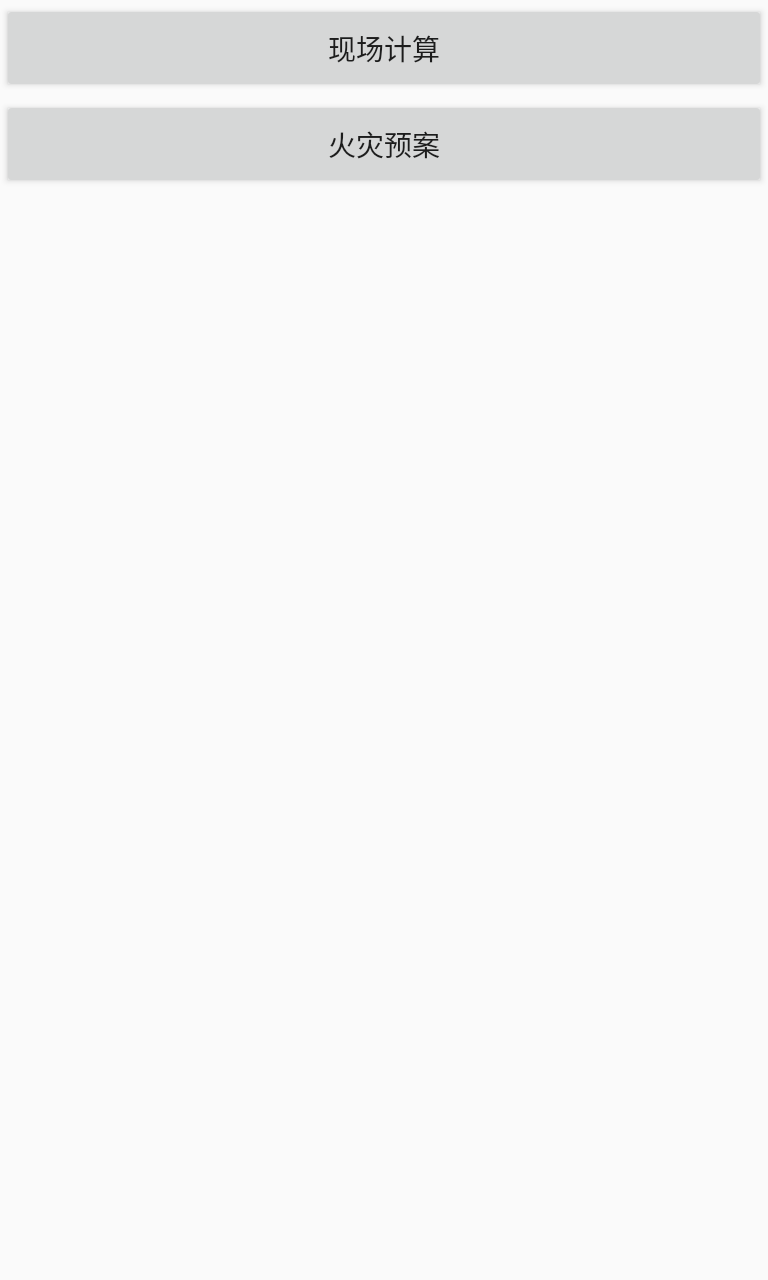
Repository: hohoTT/fireWork_handle_app
Layout: fireWork_handle_app/res/layout/activity_main.xml
These files come from the project's save history. The layout is drawn as it stood at one moment and after the next save; the edit follows.
It is drawn on a 768 x 1280 px phone screen (xhdpi) without system bars, with theme AppTheme; the app's code is not run.

Above is the layout before, as saved 2016-03-02 02:48:30.

### fireWork_handle_app/res/layout/activity_main.xml
<LinearLayout xmlns:android="http://schemas.android.com/apk/res/android"
    xmlns:tools="http://schemas.android.com/tools"
    android:layout_width="match_parent"
    android:layout_height="match_parent"
    android:orientation="vertical">

	<Button
	    android:id="@+id/btu_fire_calculate"
	    android:layout_width="match_parent"
	    android:layout_height="wrap_content"
	    android:gravity="center"
	    android:layout_gravity="center"
	    android:text="@string/btu_fire_calculate" />

	<Button
	    android:id="@+id/btu_fire_plan"
	    android:layout_width="match_parent"
	    android:layout_height="wrap_content"
	    android:gravity="center"
	    android:layout_gravity="center"
	    android:text="@string/btu_fire_plan" />


</LinearLayout>

### fireWork_handle_app/res/values/strings.xml
<?xml version="1.0" encoding="utf-8"?>
<resources>

    <string name="app_name">fireWork_handle_app</string>
    <string name="hello_world">Hello world!</string>
    <string name="action_settings">Settings</string>


    <string name="btu_fire_calculate">现场计算</string>
    <string name="btu_fire_plan">火灾预案</string>


</resources>

Loaded but not shown: fireWork_handle_app/res/values/styles.xml (common file); fireWork_handle_app/res/values-v11/styles.xml (common file); fireWork_handle_app/res/values-v14/styles.xml (common file)

After the next save:
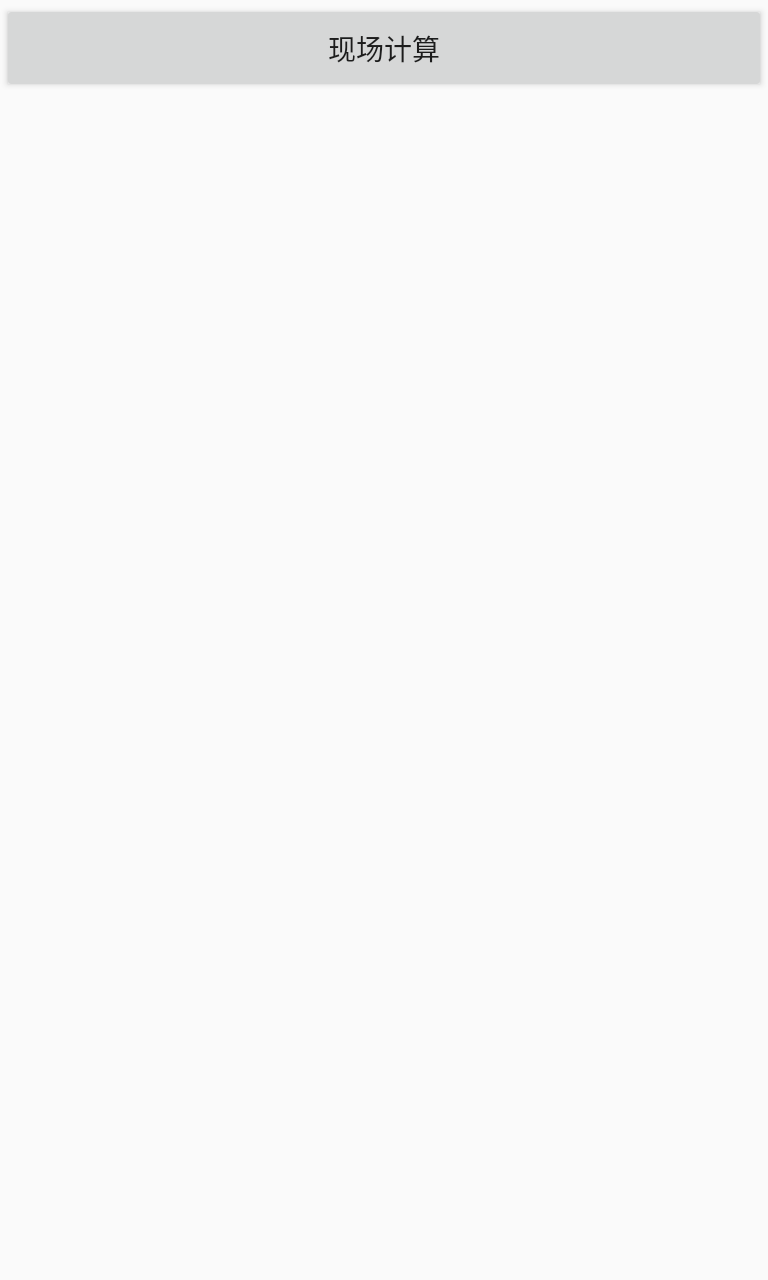
Saved 42 s later.
--- a/fireWork_handle_app/res/layout/activity_main.xml
+++ b/fireWork_handle_app/res/layout/activity_main.xml
@@ -12,13 +12,5 @@
 	    android:layout_gravity="center"
 	    android:text="@string/btu_fire_calculate" />
 
-	<Button
-	    android:id="@+id/btu_fire_plan"
-	    android:layout_width="match_parent"
-	    android:layout_height="wrap_content"
-	    android:gravity="center"
-	    android:layout_gravity="center"
-	    android:text="@string/btu_fire_plan" />
-
 
 </LinearLayout>

After the save that followed:
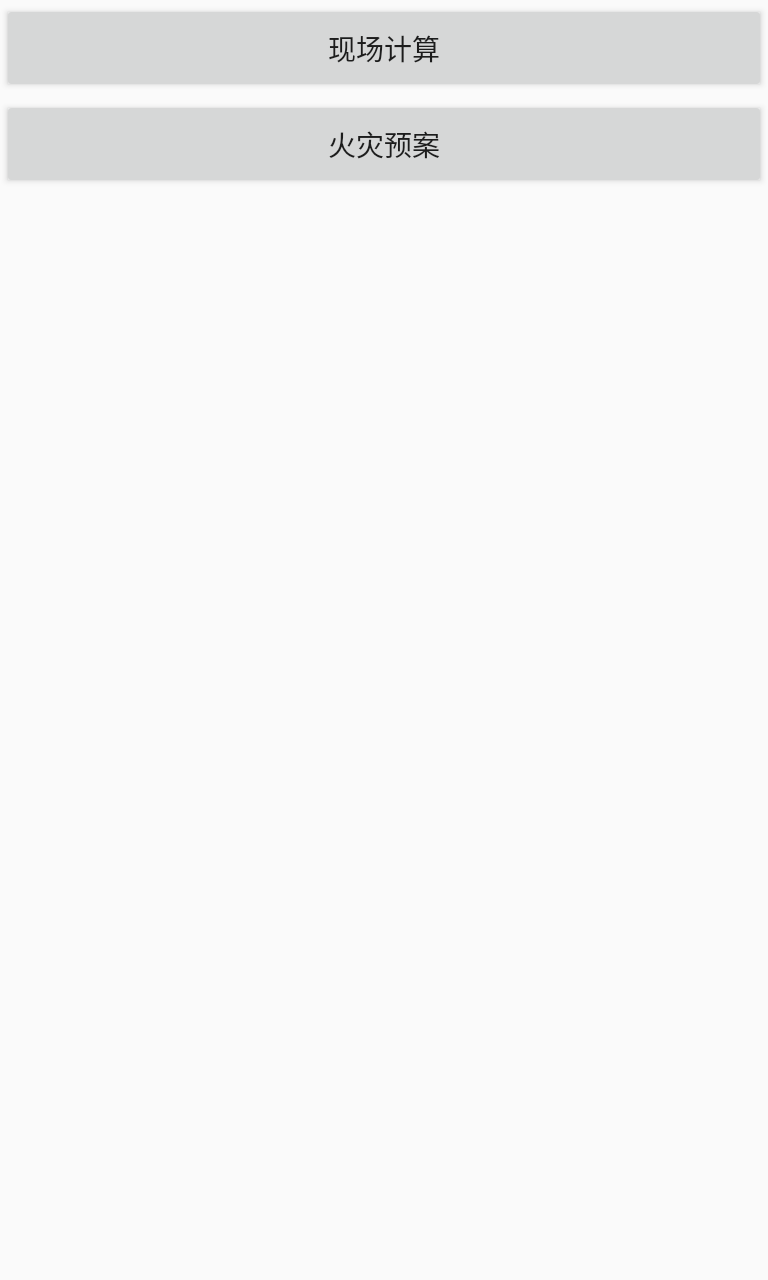
Saved 4 s later.
--- a/fireWork_handle_app/res/layout/activity_main.xml
+++ b/fireWork_handle_app/res/layout/activity_main.xml
@@ -12,5 +12,13 @@
 	    android:layout_gravity="center"
 	    android:text="@string/btu_fire_calculate" />
 
+	<Button
+	    android:id="@+id/btu_fire_plan"
+	    android:layout_width="match_parent"
+	    android:layout_height="wrap_content"
+	    android:gravity="center"
+	    android:layout_gravity="center"
+	    android:text="@string/btu_fire_plan" />
+
 
 </LinearLayout>
